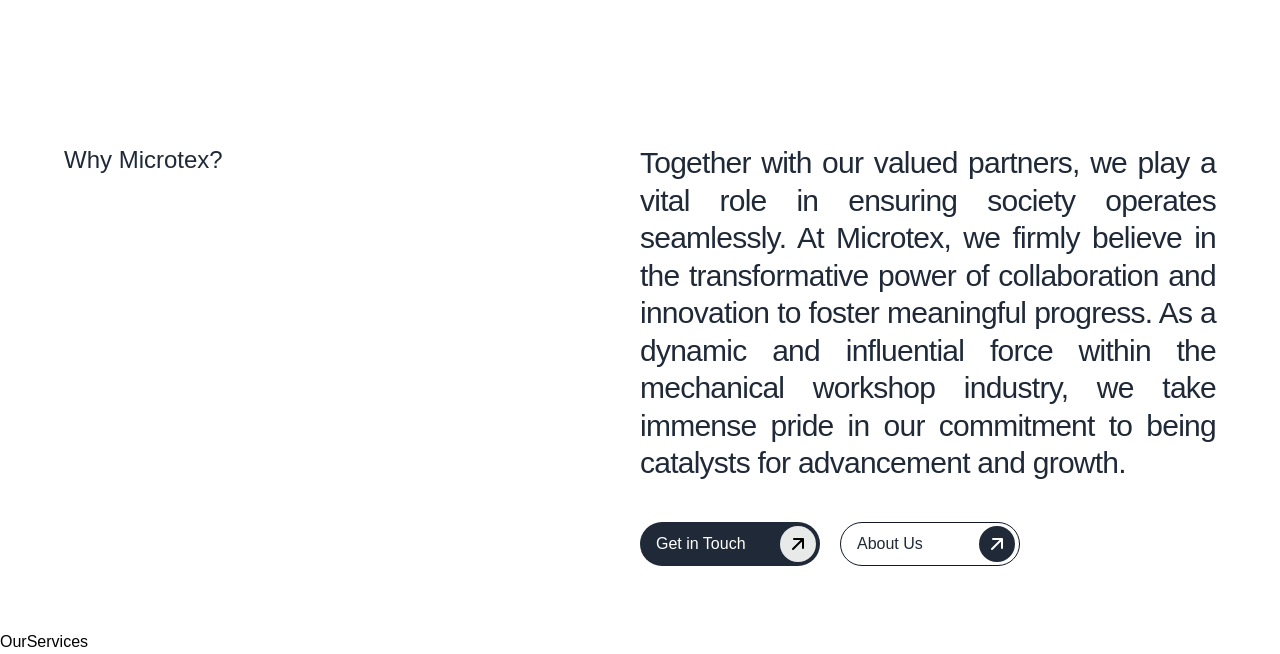
Repository: vespersolutionspk18/microtexwebsite
Page: /
The author's editor kept a copy of each file at every save. The page is drawn from the files as they stood at one save, then again after the next save.
The browser window is 1280 px wide. The pictures show the part of the page from y = 806 to 1492 px (the page is 1460 px tall before and 1492 px after).
Some web fonts or font styles are not loaded; a fallback is used. The project was rebuilt for these pictures with package versions that can differ from the ones it lists, and the page was loaded fresh each time. The framework's server and built-in components were replaced by stand-ins that run in the browser. Also part of the build but not shown: next.config.mjs.

Above is the page before, as saved 2024-11-18 20:52:54.

After the next save:
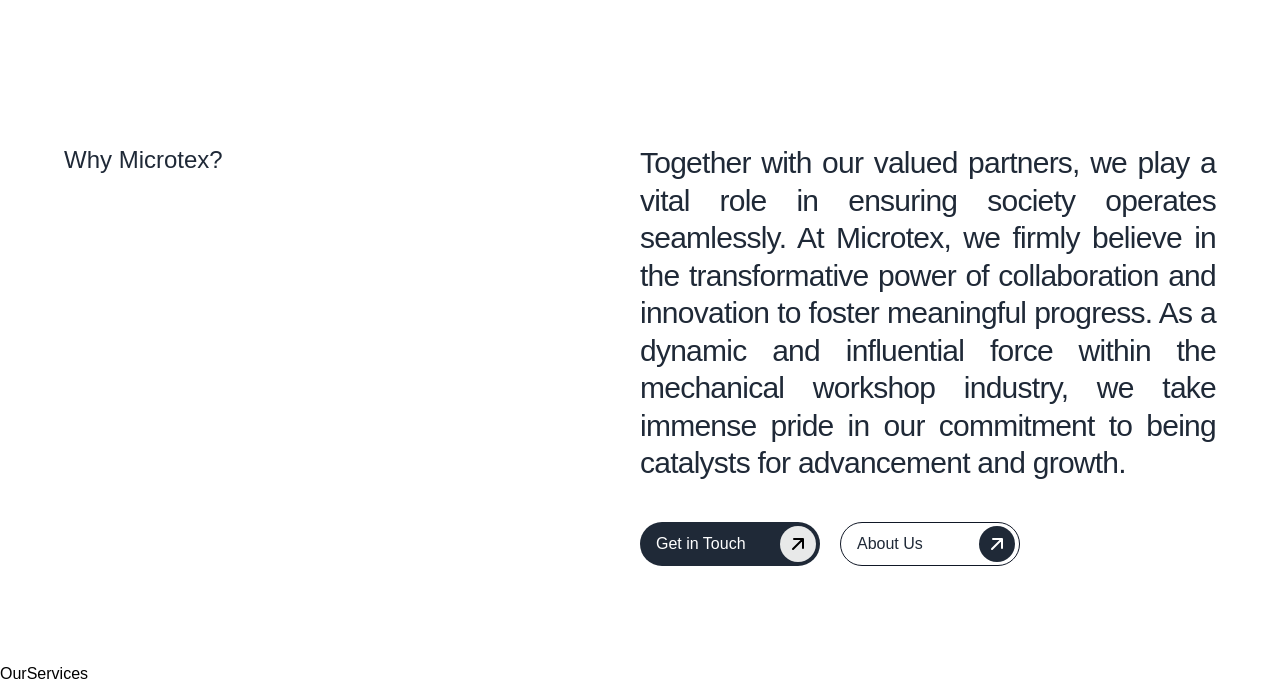
Saved 22 s later.
--- a/app/WhyMct.tsx
+++ b/app/WhyMct.tsx
@@ -3,7 +3,7 @@ import ButtonArrow from "@/public/assets/buttonarrow.svg";
 import ButtonArrowwhite from "@/public/assets/buttonarrowwhite.svg";
 const WhyMct = () => {
   return (
-    <div className="flex flex-row bg-white p-16">
+    <div className="flex flex-row bg-white pt-16 pr-16 pl-16 pb-24">
         <div className="md:w-[50%] pt-20">
             <h3 className="text-gray-800 font-light text-2xl">Why Microtex?</h3>
         </div>
